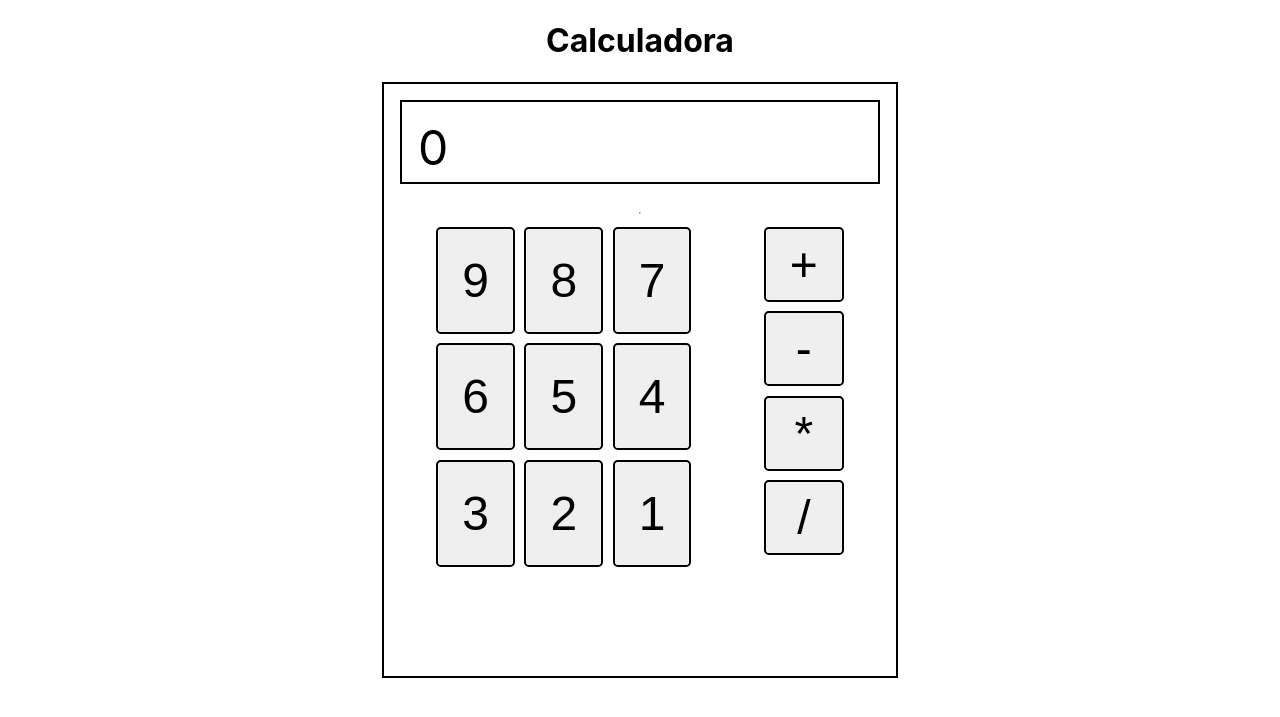
Repository: yamaka/curso-react-febrero-2022
Page: /
The author's editor kept a copy of each file at every save. The page is drawn from the files as they stood at one save, then again after a run of saves.
The browser window is 1280 px wide. The pictures show the whole page.
The project was rebuilt for these pictures with package versions that can differ from the ones it lists, and the page was loaded fresh each time. Also part of the build but not shown: src/App.css, src/components/Zanahoria/Zanahoria.css, src/components/Zanahoria/Zanahoria.js, src/components/Zanahorias/Zanahorias.js, src/components/Lechuga/Lechuga.css, src/components/Lechuga/Lechuga.js, src/components/Calculadora/Calculadora.css, src/components/Calculadora/Calculadora.js and 3 more.

Above is the page before, as saved 2022-03-02 19:05:44.

### src/index.js
import React from 'react';
import ReactDOM from 'react-dom';
import './index.css';
import App from './App';
import reportWebVitals from './reportWebVitals';

ReactDOM.render(
  <React.StrictMode>
    <App />
  </React.StrictMode>,
  document.getElementById('root')
);

// If you want to start measuring performance in your app, pass a function
// to log results (for example: reportWebVitals(console.log))
// or send to an analytics endpoint. Learn more: https://bit.ly/CRA-vitals
reportWebVitals();

### src/App.js
import logo from './logo.svg';
import './App.css';
import Zanahorias from './components/Zanahorias/Zanahorias';
import Lechuga from './components/Lechuga/Lechuga';
import Calculadora from './components/Calculadora/Calculadora';
import CiclosVida from './components/CiclosVida/CiclosVida';
import CalculadoraHooks from './hooks/Calculadora/Calculadora'

function App() {
  return (
    <div style={{
      display: 'flex',
      flexDirection: 'column',
      justifyContent: 'center',
      alignItems: 'center'
    }}>
      {/* componentes sin estado  */}
      {/* <h1>Componentes sin estado  funcionales</h1>
      <h2>Verduleria</h2>
      <Zanahorias titulo={"zanahorias super economicas"} cantidad={3} />  */}
        {/* hacer lo mismo con lechugas */}
      {/* componentes con estado */}
      {/* <h1>componentes con estado como clase</h1>
      <Calculadora/> */}
      {/* <CiclosVida/> */}
      <CalculadoraHooks/>
    </div>
  );
}

export default App;

### src/hooks/Calculadora/Calculadora.js
//componentes como funcionales con estado
import React, { useState } from "react";
import Input from "../components/Input/Input";
import BotonNumerico from "../components/BotonNumerico/BotonNumerico";
import BotonOperacion from "../components/BotonOperacion/BotonOperacion";
import BotonIgual from "../components/BotonIgual/BotonIgual";

import "./Calculadora.css";

const Calculadora = () => {
  const [display, setDisplay] = useState("0");
  const [operandoA, setOperandoA] = useState(0);
  const [operandoB, setOperandoB] = useState(0);
  const [operacion, setOperacion] = useState("+");

  const onPressNumerico = (numero) => {
    if (operandoA == 0) {
      setOperandoA(numero);
      setDisplay(numero);
    } else {
      setOperandoB(numero);
      setDisplay(display + numero);
    }
  };

  const onPressOperacion = (operacion) => {
    setOperacion(operacion);
    setDisplay(display + operacion);
  };

  const calcular = () => {
    switch (operacion) {
      case "+":
        setDisplay((parseInt(operandoA) + parseInt(operandoB)).toString());
    }
  };

  return (
    <div className="container">
      <h1>Calculadora</h1>
      <div className="calculadora-container">
        <Input value={display} />
        <br />
        <hr />
        <div
          style={{
            display: "flex",
            flex: 1,
            flexDirection: "row",
            justifyContent: "space-around",
          }}
        >
          <div style={{ display: "flex", flexDirection: "column" }}>
            <div style={{ display: "flex", flexDirection: "row" }}>
              <BotonNumerico value="9" onPress={onPressNumerico} />
              <BotonNumerico value="8" onPress={onPressNumerico} />
              <BotonNumerico value="7" onPress={onPressNumerico} />
            </div>
            <div style={{ display: "flex", flexDirection: "row" }}>
              <BotonNumerico value="6" onPress={onPressNumerico} />
              <BotonNumerico value="5" onPress={onPressNumerico} />
              <BotonNumerico value="4" onPress={onPressNumerico} />
            </div>
            <div style={{ display: "flex", flexDirection: "row" }}>
              <BotonNumerico value="3" onPress={onPressNumerico} />
              <BotonNumerico value="2" onPress={onPressNumerico} />
              <BotonNumerico value="1" onPress={onPressNumerico} />

              {/* <div>
                <BotonNumerico value="0" onPress={onPressNumerico} />
                <BotonIgual onPress={calcular} />
              </div> */}
            </div>
          </div>
          <div style={{ display: "flex", flexDirection: "column" }}>
            <BotonOperacion operator="+" onPress={onPressOperacion} />
            <BotonOperacion operator="-" onPress={onPressOperacion} />
            <BotonOperacion operator="*" onPress={onPressOperacion} />
            <BotonOperacion operator="/" onPress={onPressOperacion} />
          </div>
        </div>
      </div>
    </div>
  );
};

export default Calculadora;

### src/hooks/components/Input/Input.js
import React from 'react'
import './Input.css'
//tarea que los numeros introduciodps vayan a la derecha

const Input = ({value}) => {
  return (
    <div className='input-container'><span>{value}</span></div>
  )
}

export default Input

### src/hooks/components/BotonNumerico/BotonNumerico.js
import React from 'react'
import './BotonNumerico.css';
const BotonNumerico = ({value, onPress}) => {
  return (
    <button className='boton-numerico' onClick={()=>onPress(value)}>{value}</button>
  )
}

export default BotonNumerico

### src/hooks/components/BotonOperacion/BotonOperacion.js
import React from "react";
import "./BotonOperacion.css";

const BotonOperacion = ({ operator, onPress }) => {
  return (
    <button className="boton-operacion" onClick={() => onPress(operator)}>
      {operator}
    </button>
  );
};

export default BotonOperacion;

### src/hooks/Calculadora/Calculadora.css

.container{
    display: flex;
    flex: 1;
    flex-direction: column;
    align-items: center;

}
.calculadora-container{
    padding: 1rem;
    border: solid 1px;
    border-width: 2px;
    display: flex;
    flex-direction: column;
    width: 30rem;
    height: 35rem;
}

### src/hooks/components/Input/Input.css
.input-container{
    border: solid 1px;
    border-width: 2px;
    height: 3rem;
    font-size: 3rem;
    padding: 1rem;
}

### src/hooks/components/BotonNumerico/BotonNumerico.css
.boton-numerico {
  border: solid 2px;
  padding: 1.5rem;
  border-radius: 0.3rem;
  font-size: 3rem;
  margin: 0.3rem;
}

### src/hooks/components/BotonOperacion/BotonOperacion.css
.boton-operacion {
  border: solid 2px;
  padding-top: 0.5rem;
  padding-bottom: 0.5rem;
  padding-left: 1.5rem;
  padding-right: 1.5rem;
  border-radius: 0.3rem;
  font-size: 3rem;
  margin: 0.3rem;
}

### src/hooks/components/BotonIgual/BotonIgual.js
import React from 'react'

const BotonIgual = ({onPress}) => {
  return (
    <button onClick={() => onPress()}>BotonIgual</button>
  )
}

export default BotonIgual

Loaded but not shown: public/index.html (common file); src/index.css (common file); src/reportWebVitals.js (common file)

After the next 2 saves:
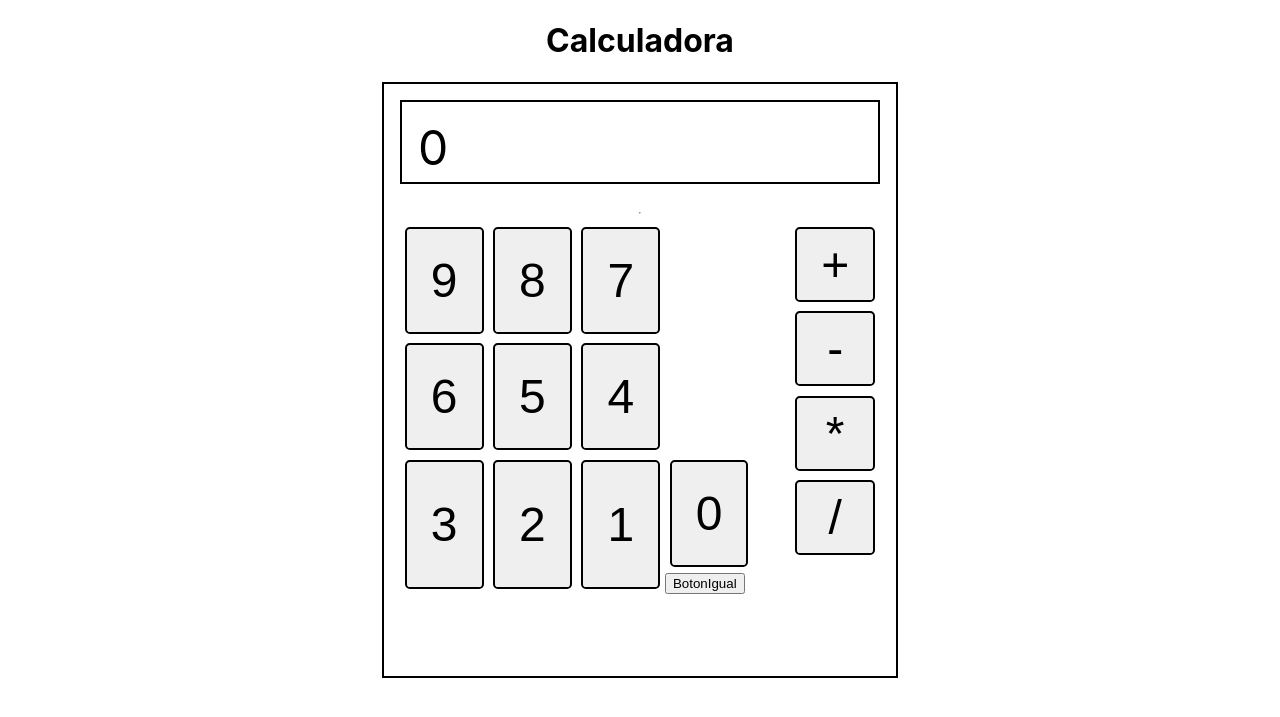
The 2 saves are shown as one change because 1 did not build or start.
The last was saved 9 min 36 s later.
--- a/src/hooks/Calculadora/Calculadora.js
+++ b/src/hooks/Calculadora/Calculadora.js
@@ -12,6 +12,16 @@ const Calculadora = () => {
   const [operandoA, setOperandoA] = useState(0);
   const [operandoB, setOperandoB] = useState(0);
   const [operacion, setOperacion] = useState("+");
+
+  //   se puede tambien con objetos
+  //   const [calculadora, setCalculadora] = useState({
+  //     display: "0",
+  //     operandoA: 0,
+  //     operandoB: 0,
+  //     operacion: "+",
+  //   });
+
+  //   setCalculadora({ ...calculadora, ...{ display: "0" } });
 
   const onPressNumerico = (numero) => {
     if (operandoA == 0) {
@@ -66,10 +76,10 @@ const Calculadora = () => {
               <BotonNumerico value="2" onPress={onPressNumerico} />
               <BotonNumerico value="1" onPress={onPressNumerico} />
 
-              {/* <div>
+              <div>
                 <BotonNumerico value="0" onPress={onPressNumerico} />
                 <BotonIgual onPress={calcular} />
-              </div> */}
+              </div>
             </div>
           </div>
           <div style={{ display: "flex", flexDirection: "column" }}>
